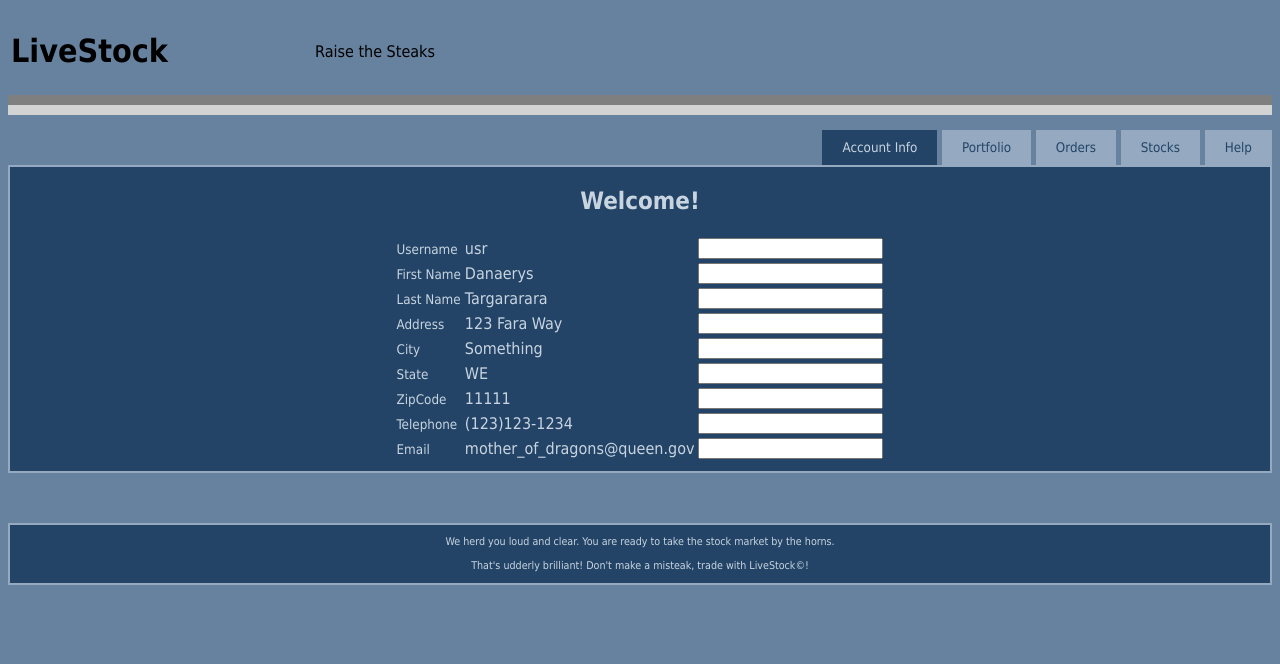
Repository: yastapova/live-stock
Page: LiveStockSite/WebContent/WEB-INF/cust_acc_info.html
The author's editor kept a copy of each file at every save. The page is drawn from the files as they stood at one save, then again after the next save.
The browser window is 1280 px wide. The pictures show the whole page.

Above is the page before, as saved 2016-04-19 23:26:19.

### LiveStockSite/WebContent/WEB-INF/cust_acc_info.html
<!DOCTYPE html>
<html>
<head>
	<meta charset="ISO-8859-1">
	<title>LiveStock Trading | Customer Account</title>
	<link rel="stylesheet" href="gen.css" />
</head>
<body>
	<div class="header">
	<table>
		<tr>
			<td width='300px'><h1>LiveStock</h1></td>
			<td width='300px'><p>Raise the Steaks</p></td>
		</tr>
	</table>
	</div>
	<div class="menu" align="right">
	<a href="cust_acc_info.html" class="active">Account Info</a>
	<a href="cust_portfolio.html">Portfolio</a>
	<a href="cust_orders.html">Orders</a>
	<a href="cust_stocks.html">Stocks</a>
	<a href="cust_help.html">Help</a>
	</div>
	<div class="body" align="center">
		<h2>Welcome!</h2>
		<form>
		<table>
			<tr>
				<td><span class="formlabel">Username</span></td>
				<td><span class="accinfo">usr</span></td>
				<td><input id="usrn" name="username" type="text" /></td>
			</tr>
			<tr>
				<td><span class="formlabel">First Name</span></td>
				<td><span class="accinfo">Danaerys</span></td>
				<td><input id="fname" name="first_name" type="text" /></td>
			</tr>
			<tr>
				<td><span class="formlabel">Last Name</span></td>
				<td><span class="accinfo">Targararara</span></td>
				<td><input id="lname" name="last_name" type="text" /></td>
			</tr>
			<tr>
				<td><span class="formlabel">Address</span></td>
				<td><span class="accinfo">123 Fara Way</span></td>
				<td><input id="addr" name="address" type="text" /></td>
			</tr>
			<tr>
				<td><span class="formlabel">City</span></td>
				<td><span class="accinfo">Something</span></td>
				<td><input id="city" name="city" type="text" /></td>
			</tr>
			<tr>
				<td><span class="formlabel">State</span></td>
				<td><span class="accinfo">WE</span></td>
				<td><input id="state" name="state" type="text" /></td>
			</tr>
			<tr>
				<td><span class="formlabel">ZipCode</span></td>
				<td><span class="accinfo">11111</span></td>
				<td><input id="zip" name="zipcode" type="text" /></td>
			</tr>
			<tr>
				<td><span class="formlabel">Telephone</span></td>
				<td><span class="accinfo">(123)123-1234</span></td>
				<td><input id="phone" name="phone" type="text" /></td>
			</tr>
			<tr>
				<td><span class="formlabel">Email</span></td>
				<td><span class="accinfo">mother_of_dragons@queen.gov</span></td>
				<td><input id="email" name="email" type="text" /></td>
			</tr>
			<tr>
				<td></td>
				<td></td>
				<td></td>
			</tr>
		</table>
		</form>
	</div>

	<div class="footer">
	<p>We herd you loud and clear. You are ready to take the stock market by the horns.</p>
	<p>That's udderly brilliant! Don't make a misteak, trade with LiveStock&copy;!</p>
	</div>
</body>
</html>

### LiveStockSite/WebContent/WEB-INF/gen.css
@CHARSET "ISO-8859-1";

body {
	background-color: #67829F;
	font-family: Tahoma;
}
a {
	font-size: 10pt;
}
.body a:link {
	color: #D6C9E2;
}
.body a:visited {
	color: #896AA4;
}
.body a:hover {
	color: #D6C9E2;
}
.formlabel {
	font-size: 10pt;
}
.header {
	border-bottom-style: groove;
	border-bottom-width: 20px;
	border-bottom-color: lightgrey;
	margin-bottom: 15px;
}
.body {
	padding-left: 5px;
	padding-right: 5px;
	padding-bottom: 5px;
	background-color: #234467;
	border-style: solid;
	border-width: 2px;
	border-color: #95AAC0;
	color: #C8D4E0;
}
.footer {
	text-align: center;
	margin-top: 50px;
	padding-left: 5px;
	padding-right: 5px;
	background-color: #234467;
	border-style: solid;
	border-width: 2px;
	border-color: #95AAC0;
	color: #C8D4E0;
}
.footer p {
	font-size: 8pt;
}
.menu a, a:visited {
	background-color: #95AAC0;
	color: #234467;
	padding: 10px 20px;
	text-align: center;
	text-decoration: none;
	display: inline-block;
}
.menu a:hover {
	background-color: #234467;
	color: #C8D3E0;
}
.menu a.active {
	background-color: #234467;
	color: #C8D3E0;
}

After the next save:
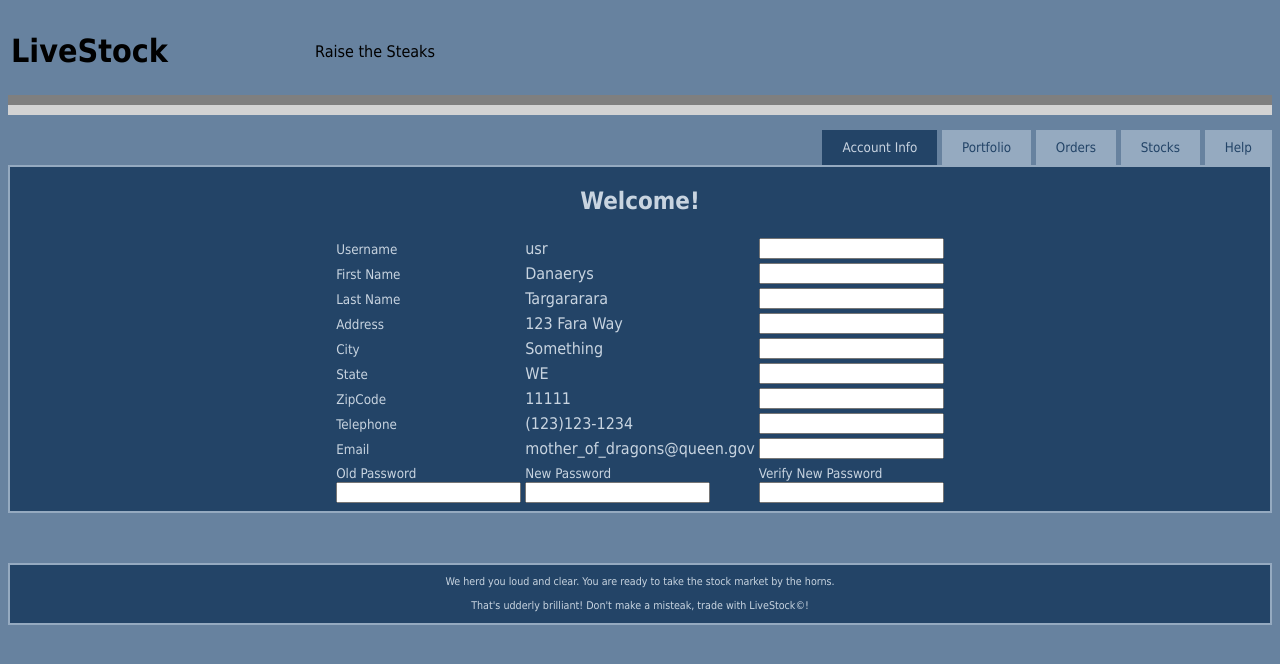
Saved 78 s later.
--- a/LiveStockSite/WebContent/WEB-INF/cust_acc_info.html
+++ b/LiveStockSite/WebContent/WEB-INF/cust_acc_info.html
@@ -71,9 +71,12 @@
 				<td><input id="email" name="email" type="text" /></td>
 			</tr>
 			<tr>
-				<td></td>
-				<td></td>
-				<td></td>
+				<td><span class="formlabel">Old Password</span><br />
+				<input id="pw" name="password" type="password" /></td>
+				<td><span class="formlabel">New Password</span><br />
+				<input id="pw1" name="password1" type="password" /></td>
+				<td><span class="formlabel">Verify New Password</span><br />
+				<input id="pw2" name="password2" type="password" /></td>
 			</tr>
 		</table>
 		</form>
